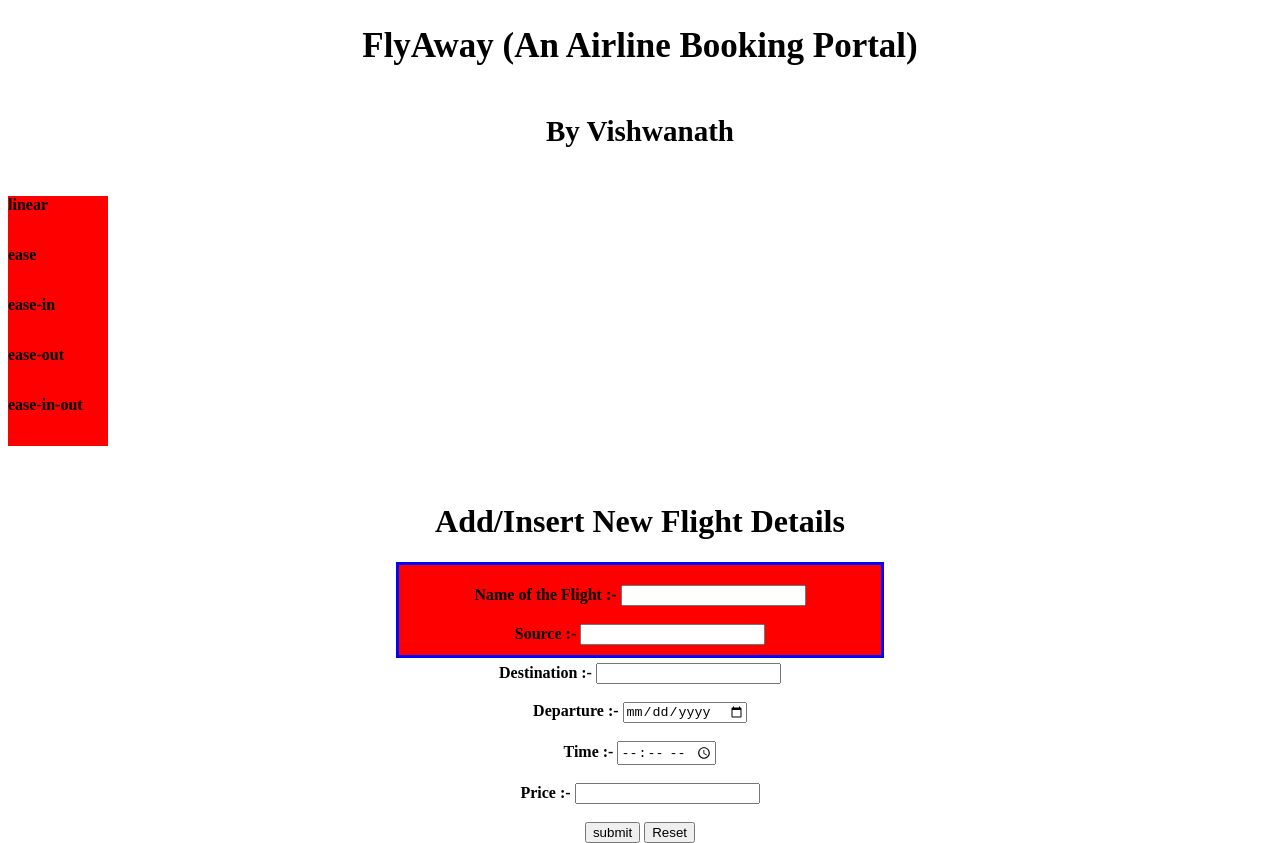
Repository: Vishu4401/FlyAway-An-Airline-Booking-Portal-
Page: http://localhost/FlyAway-An-Airline-Booking-Portal/AdminHome.jsp
These files come from the project's save history. The page is drawn as it stood at one moment and after the next save; the edit follows.
The browser window is 1280 px wide. The pictures show the whole page.
The page is served by Tomcat 9. Other server files are loaded and not shown.

Above is the page before, as saved 2022-08-24 04:22:58.

### FlyAway-An-Airline-Booking-Portal/src/main/webapp/AdminHome.jsp
<%@ page language="java" contentType="text/html; charset=ISO-8859-1"
    pageEncoding="ISO-8859-1"%>
<!DOCTYPE html>
<html>
<head>

<style>
div {
  width: 100px;
  height: 50px;
  background-color: red;
  font-weight: bold;
  position: relative;
  animation: mymove 5s infinite;
}

#div1 {animation-timing-function: linear;}
#div2 {animation-timing-function: ease;}
#div3 {animation-timing-function: ease-in;}
#div4 {animation-timing-function: ease-out;}
#div5 {animation-timing-function: ease-in-out;}

@keyframes mymove {
  from {left: 0px;}
  to {left: 300px;}
}

</style>

<meta charset="ISO-8859-1">
<title>Admin Home Page</title>
</head>
<body >
<br>
<a href="HomeScreen.jsp" style="color:black;text-decoration:none ;font-size:35px;font-weight:bold;">
<center>FlyAway (An Airline Booking Portal)
<h5>By Vishwanath</h5>
</center></a>

<div id="div1">linear</div>
<div id="div2">ease</div>
<div id="div3">ease-in</div>
<div id="div4">ease-out</div>
<div id="div5">ease-in-out</div>
<br><br>
<center>
<h1>Add/Insert New Flight Details</h1>

<div style="border:3px solid blue;width:35%;padding:20px" align="center">
<form action="BookFlight.jsp" method=post>
	<label for=name>Name of the Flight :-</label> <input type="text" name=name id=name required /><br><br>
	<label for=from>Source :-</label> <input type="text" name=from id=from required/><br><br>
	<label for=to>Destination :-</label> <input type="text" name=to id=to required /><br><br>
	<label for=departure>Departure :-</label> <input type="date" name=departure id=departure required/><br><br>
	<label for=time>Time :-</label> <input type="time" name=time id=time required /><br><br>
	<label for=price>Price :-</label> <input type="text" name=price id=price required /><br><br>
	<input type="submit" value=submit /> <input type=reset />
</form>
</div>
</center>
<%
	String message=(String)session.getAttribute("message");
	if(message!=null){
%>
<p style="color:silver;"><%=message %></p>
<%
		session.setAttribute("message", null);
	}
%>
</body>
</html>

After the next save:
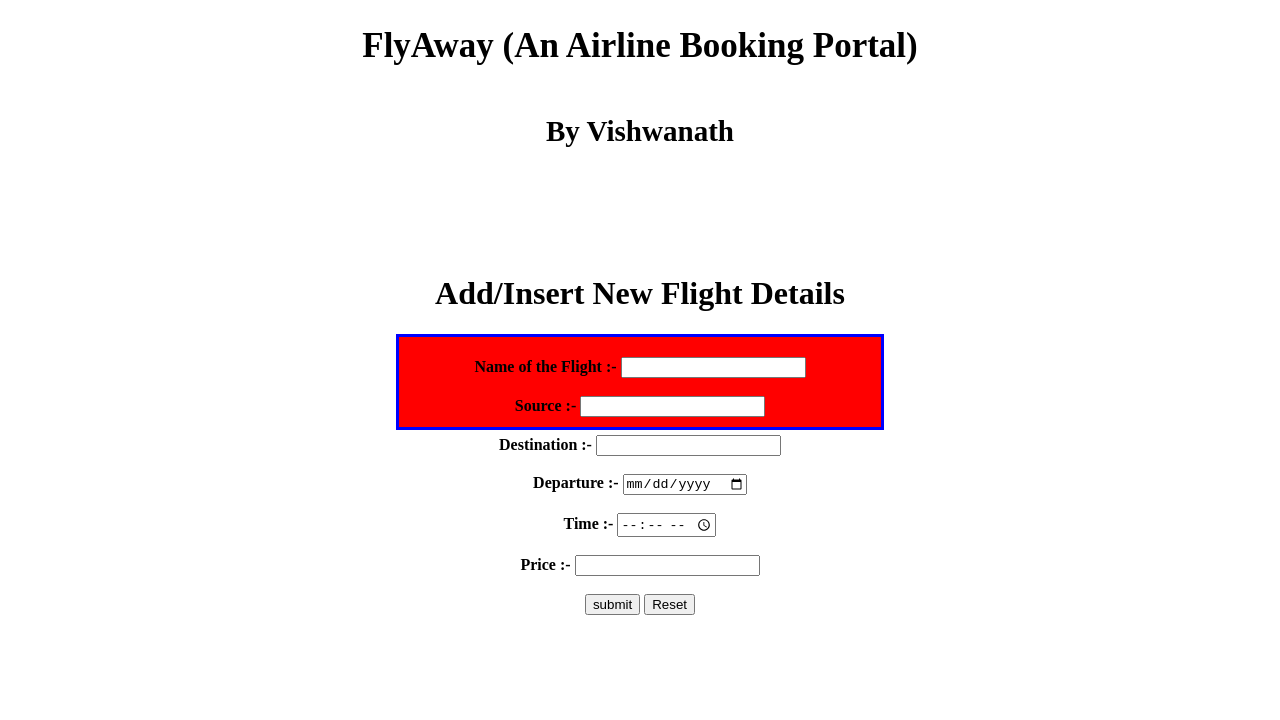
Saved 60 s later.
--- a/FlyAway-An-Airline-Booking-Portal/src/main/webapp/AdminHome.jsp
+++ b/FlyAway-An-Airline-Booking-Portal/src/main/webapp/AdminHome.jsp
@@ -37,11 +37,7 @@
 <h5>By Vishwanath</h5>
 </center></a>
 
-<div id="div1">linear</div>
-<div id="div2">ease</div>
-<div id="div3">ease-in</div>
-<div id="div4">ease-out</div>
-<div id="div5">ease-in-out</div>
+
 <br><br>
 <center>
 <h1>Add/Insert New Flight Details</h1>

After the save that followed:
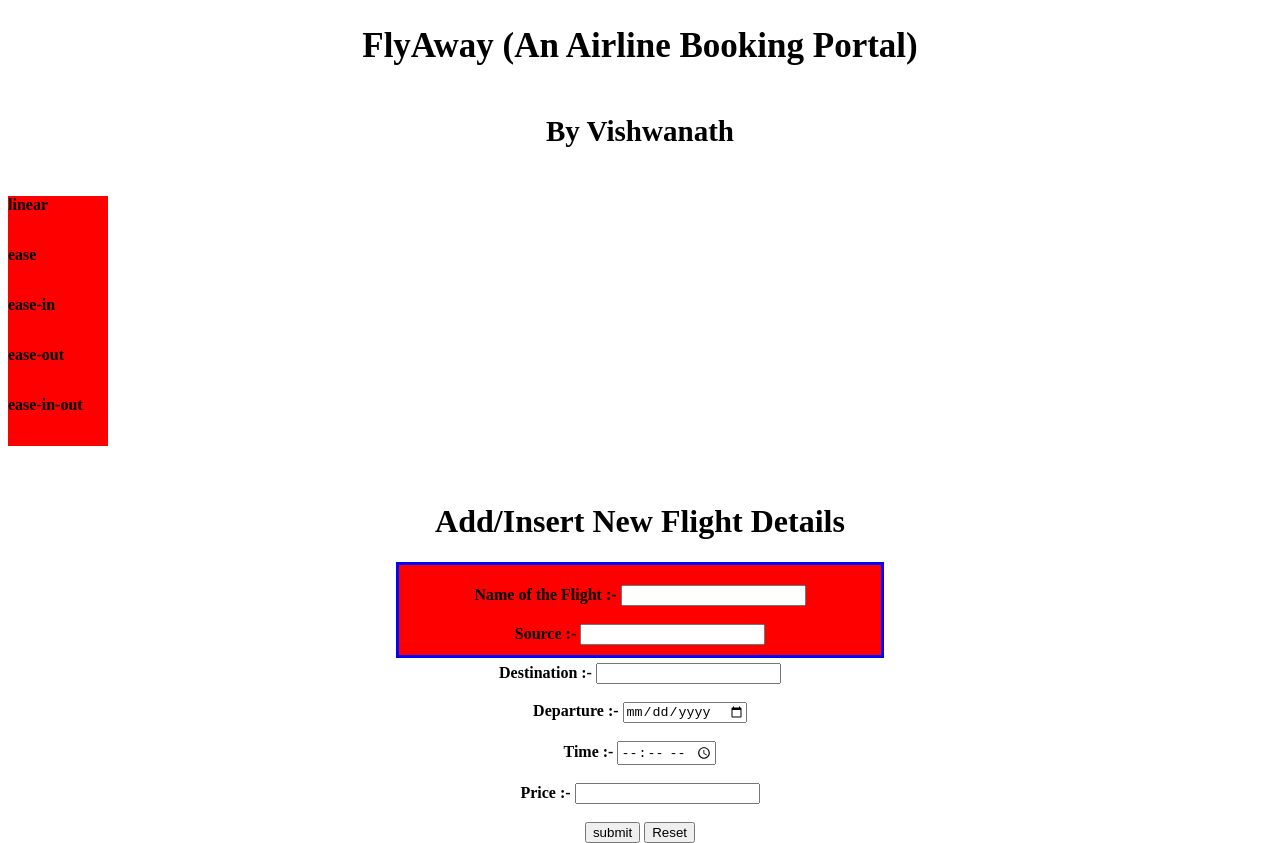
Saved 52 s later.
--- a/FlyAway-An-Airline-Booking-Portal/src/main/webapp/AdminHome.jsp
+++ b/FlyAway-An-Airline-Booking-Portal/src/main/webapp/AdminHome.jsp
@@ -11,7 +11,7 @@
   background-color: red;
   font-weight: bold;
   position: relative;
-  animation: mymove 5s infinite;
+  animation: mymove 5s;
 }
 
 #div1 {animation-timing-function: linear;}
@@ -37,7 +37,11 @@
 <h5>By Vishwanath</h5>
 </center></a>
 
-
+<div id="div1">linear</div>
+<div id="div2">ease</div>
+<div id="div3">ease-in</div>
+<div id="div4">ease-out</div>
+<div id="div5">ease-in-out</div>
 <br><br>
 <center>
 <h1>Add/Insert New Flight Details</h1>
